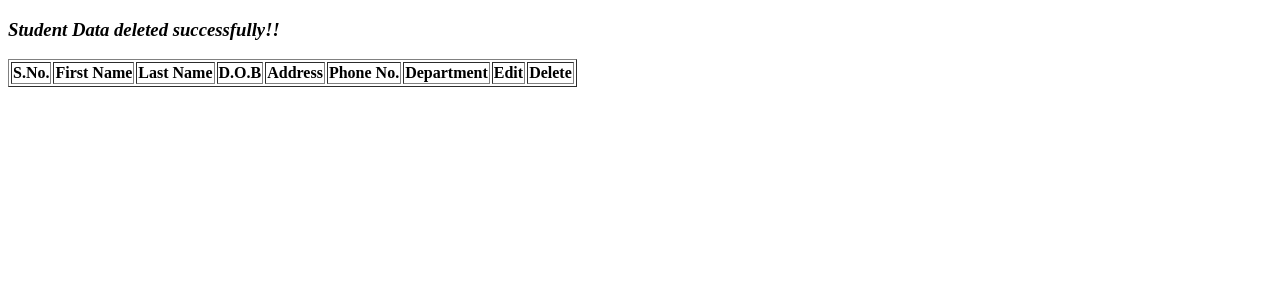
Repository: shubhamsingh331/Learners_Academy
Page: http://localhost/LearnersAcademy/Students/DeleteSuccessful.jsp
These files come from the project's save history. The page is drawn as it stood at one moment and after the next save; the edit follows.
The browser window is 1280 px wide. The pictures show the whole page.
The page is served by Tomcat 9. Queries for data that is not in the repository find no rows.

Above is the page before, as saved 2023-10-11 09:40:05.

After the next save:
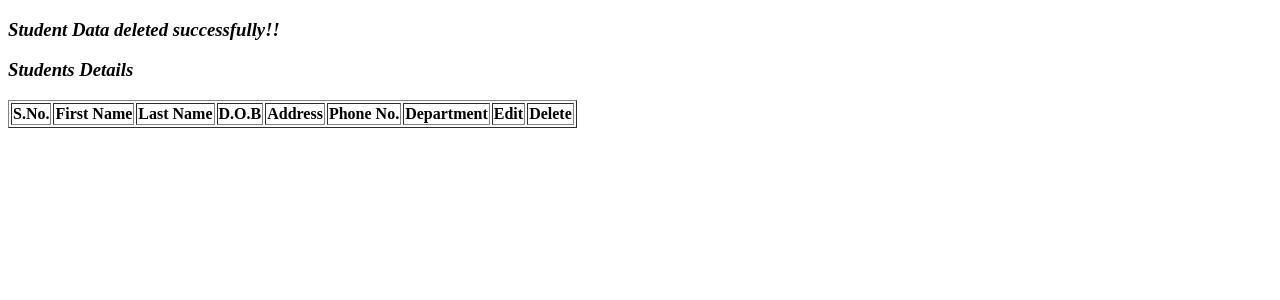
Saved 55 s later.
--- a/LearnersAcademy/src/main/webapp/Students/display.jsp
+++ b/LearnersAcademy/src/main/webapp/Students/display.jsp
@@ -11,6 +11,7 @@
 <title>Insert title here</title>
 </head>
 <body>
+<h3><i>Students Details</i></h3>
 <table border="1">
 <tr><th>S.No.</th><th>First Name</th><th>Last Name</th><th>D.O.B</th><th>Address</th><th>Phone No.</th><th>Department</th><th>Edit</th><th>Delete</th></tr>
 <%
